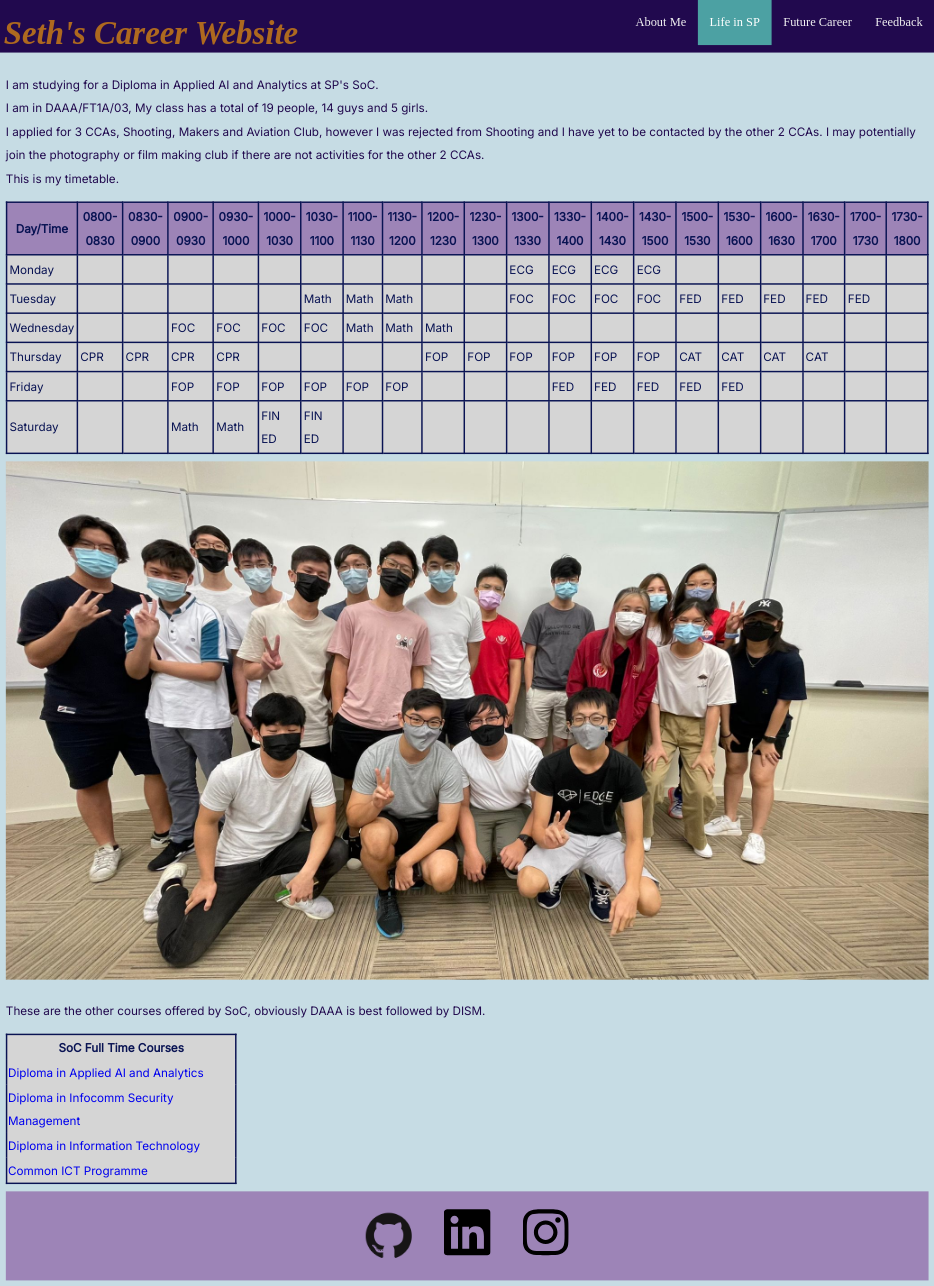
Repository: idkSeth/SP-FED-Website
Page: life.html
The author's editor kept a record of every edit. The page is drawn from the files as they stood at one moment, then again after the next edit.
The browser window is 1280 px wide. The pictures show the whole page, at 73% of full size.
Some web fonts or font styles are not loaded; a fallback is used.

Above is the page before.

After the next edit:
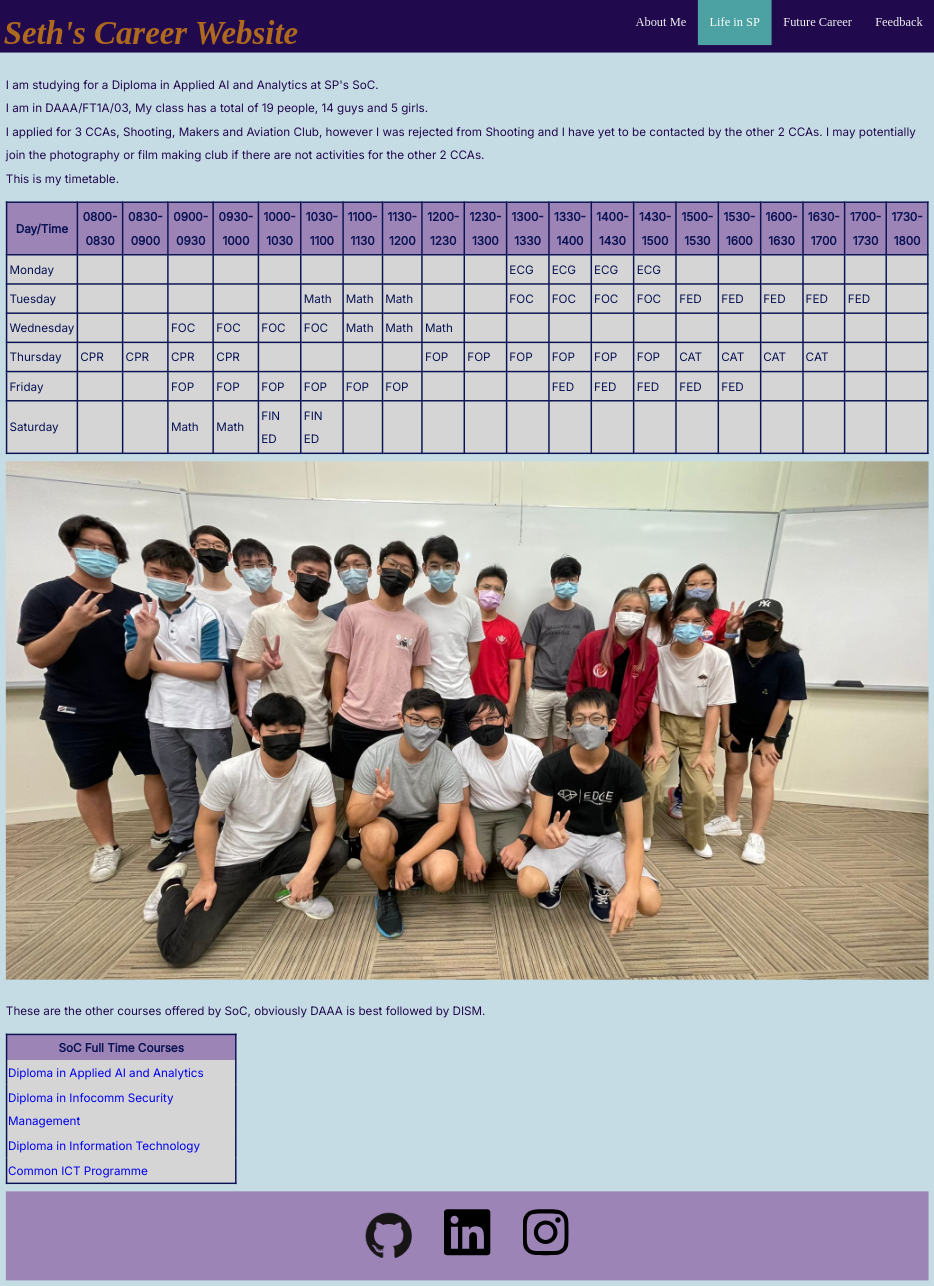
The edit:
--- a/styles.css
+++ b/styles.css
@@ -182,7 +182,7 @@
   padding: 3px;
 }
 
-table.timetable thead {
+table thead {
   background-color: #9d84b7;
 }
 
